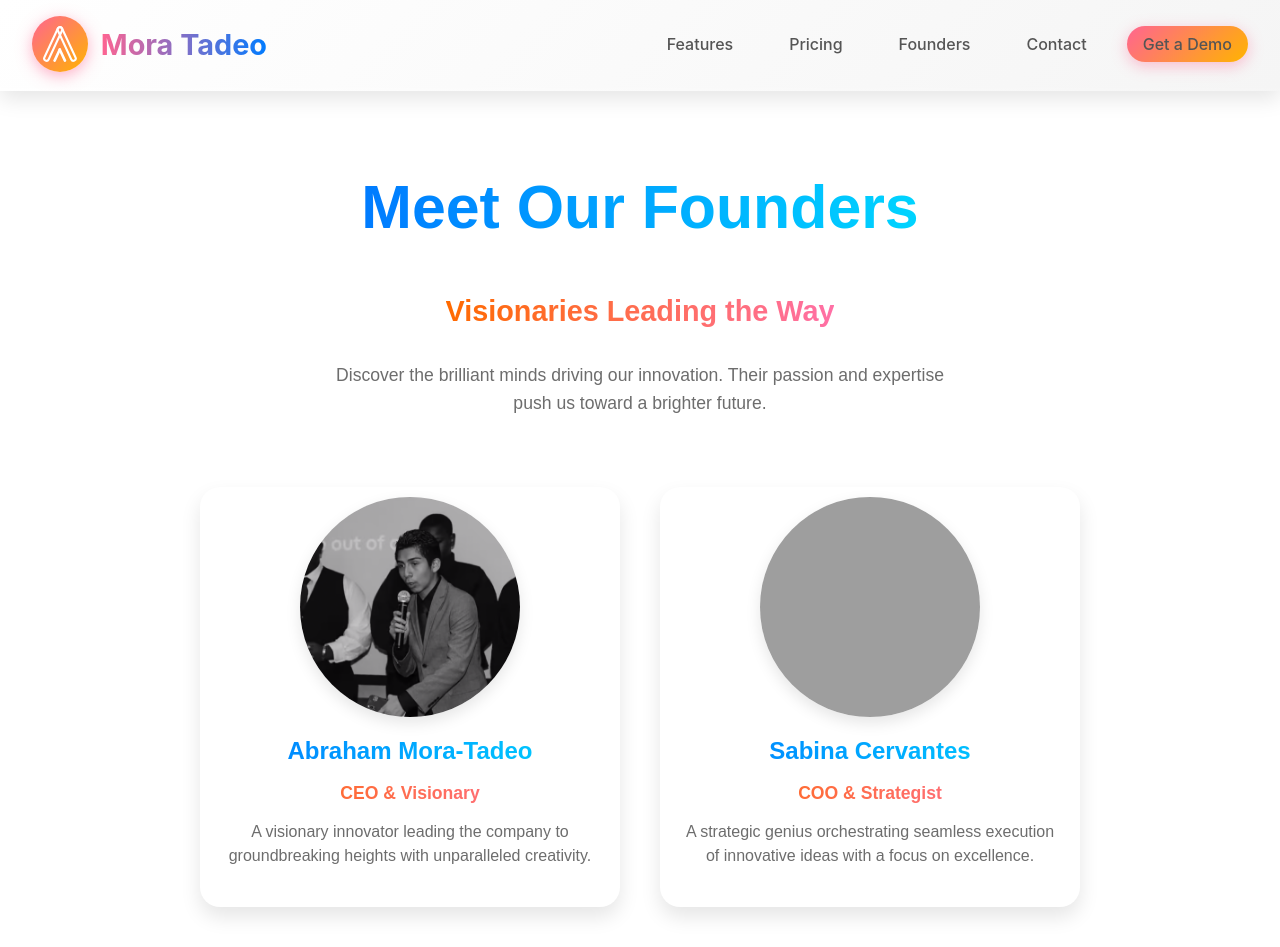
Repository: AbrahamM007/moratadeo
Page: /founders
An editor plug-in stored every save of this project. The page is shown before and after the next save, followed by the edit.
The browser window is 1280 px wide. The pictures show the whole page.
Pictures or frames that could not be fetched are drawn as grey boxes. The project was rebuilt for these pictures with package versions that can differ from the ones it lists, and the page was loaded fresh each time. Also part of the build but not shown: src/HeroSection.css, src/HeroSection.js, src/InfoSection.css, src/InfoSection.js, src/RoadmapSection.css, src/RoadmapSection.js, src/DesignPhaseSection.js, src/HeroBanner.js and 7 more.

Above is the page before, as saved 2025-01-12 22:47:35.

### public/index.html
<!DOCTYPE html>
<html lang="en">
  <head>
    <meta charset="utf-8" />
    <link rel="icon" href="mora.png" />
    <meta name="viewport" content="width=device-width, initial-scale=1" />
    <meta name="theme-color" content="#000000" />

    <link rel="apple-touch-icon" href="mora.png" />
    <link rel="manifest" href="%PUBLIC_URL%/manifest.json" />

    <!-- SEO Meta Tags -->
    <meta name="title" content="Mora Tadeo | Development Firm" />
    <meta name="description" content="Mora Tadeo is a leading development firm offering cutting-edge solutions in web development, app design, and technology innovation to elevate your business." />
    <meta name="keywords" content="development firm, web development, app design, Mora Tadeo, software solutions, technology innovation" />
    <meta name="author" content="Mora Tadeo" />
    <meta name="robots" content="index, follow" />
    <meta name="googlebot" content="index, follow" />

    <!-- Open Graph Meta Tags (for social sharing) -->
    <meta property="og:type" content="website" />
    <meta property="og:url" content="https://moratadeo.com" />
    <meta property="og:title" content="Mora Tadeo | Development Firm" />
    <meta property="og:description" content="Discover innovative web and app development solutions with Mora Tadeo. Your trusted partner in driving technology forward." />
    <meta property="og:image" content="https://moratadeo.com/preview-image.png" />
    <meta property="og:site_name" content="Mora Tadeo" />

    <!-- Twitter Card Meta Tags -->
    <meta name="twitter:card" content="summary_large_image" />
    <meta name="twitter:url" content="https://moratadeo.com" />
    <meta name="twitter:title" content="Mora Tadeo | Development Firm" />
    <meta name="twitter:description" content="Mora Tadeo offers state-of-the-art development services to bring your business ideas to life. Partner with us for tailored solutions." />
    <meta name="twitter:image" content="https://moratadeo.com/preview-image.png" />

    <!-- Additional Metadata -->
    <meta name="msapplication-TileColor" content="#ffffff" />
    <meta name="msapplication-config" content="%PUBLIC_URL%/browserconfig.xml" />

    <!-- Title -->
    <title>Mora Tadeo | Development Firm</title>
  </head>
  <body>
    <noscript>You need to enable JavaScript to run this app.</noscript>
    <div id="root"></div>
  </body>
</html>

### src/App.js
import React from "react";
import { BrowserRouter as Router, Routes, Route } from "react-router-dom";
import Navbar from "./Navbar";
import HeroSection from "./HeroSection";
import InfoSection from "./InfoSection";
import RoadmapSection from "./RoadmapSection";
import DesignPhaseSection from "./DesignPhaseSection";
import HeroBanner from "./HeroBanner";
import Footer from "./Footer";
import PricingPage from "./PricingPage";
import ScrollToTop from "./ScrollToTop"; // Import the ScrollToTop component

// Import both FeaturesPage and FeaturePage from the merged file
import { FeaturesPage, FeaturePage } from "./FeaturesPage";

// Import FoundersPage
import FoundersPage from "./FoundersPage";

function App() {
  return (
    <Router>
      <ScrollToTop /> {/* Ensures scroll resets to top on route change */}
      <div className="App">
        <Navbar />
        <Routes>
          {/* Home Page */}
          <Route
            path="/"
            element={
              <>
                <HeroSection />
                <InfoSection />
                <RoadmapSection />
                {/* <HeroBanner /> */}
                <DesignPhaseSection />
                <Footer />
              </>
            }
          />
          {/* Features List */}
          <Route path="/features" element={<FeaturesPage />} />
          {/* Dynamic Feature Detail Page */}
          <Route path="/features/:featureId" element={<FeaturePage />} />
          {/* Pricing Page */}
          <Route path="/pricing" element={<PricingPage />} />
          {/* Founders Page */}
          <Route path="/founders" element={<FoundersPage />} />
        </Routes>
      </div>
    </Router>
  );
}

export default App;

### src/Navbar.js
import React, { useState, useEffect } from "react";
import { Link } from "react-router-dom";
import "./Navbar.css";
import logo from './mora.svg';


const Navbar = () => {
  const [scrolled, setScrolled] = useState(false);
  const [menuOpen, setMenuOpen] = useState(false);

  useEffect(() => {
    const handleScroll = () => {
      setScrolled(window.scrollY > 50);
    };

    window.addEventListener("scroll", handleScroll);
    return () => {
      window.removeEventListener("scroll", handleScroll);
    };
  }, []);

  const toggleMenu = () => {
    setMenuOpen(!menuOpen);
  };

  return (
    <header className={`navbar ${scrolled ? "scrolled" : ""}`}>
      <Link to="/" className="navbar-logo-link">
        <div className="navbar-logo-container">
          <div className="navbar-logo-icon">
          <img src={logo} alt="Logo" className="navbar-logo-image" />

          </div>
          <span className="navbar-logo-text">Mora Tadeo</span>
        </div>
      </Link>
      <button className="navbar-toggle" onClick={toggleMenu}>
        <span className={`hamburger ${menuOpen ? "open" : ""}`}></span>
      </button>
      <nav className={`navbar-menu ${menuOpen ? "open" : ""}`}>
        <Link to="/features" onClick={toggleMenu}>
          Features
        </Link>
        <Link to="/pricing" onClick={toggleMenu}>
          Pricing
        </Link>
        <Link to="/founders" onClick={toggleMenu}>
          Founders
        </Link>
        <a href="https://calendly.com/mora78606/30min?month=2025-01" onClick={toggleMenu}>
          Contact
        </a>
        <a href="https://calendly.com/mora78606/30min?month=2025-01" className="navbar-highlight" onClick={toggleMenu}>
          Get a Demo
        </a>
      </nav>
    </header>
  );
};

export default Navbar;

### src/ScrollToTop.js
import { useEffect } from "react";
import { useLocation } from "react-router-dom";

const ScrollToTop = () => {
  const { pathname } = useLocation();

  useEffect(() => {
    window.scrollTo(0, 0); // Scroll to the top-left of the page
  }, [pathname]);

  return null; // This component does not render anything
};

export default ScrollToTop;

### src/FoundersPage.js
import React from "react";
import "./FoundersPage.css";

// Import images
import founder1Image from "./abraham.png";
import founder2Image from "./IMG_1554.JPG";

// Data for founders
const founders = [
  {
    name: "Abraham Mora-Tadeo",
    title: "CEO & Visionary",
    bio: "A visionary innovator leading the company to groundbreaking heights with unparalleled creativity.",
    image: founder1Image,
  },
  {
    name: "Sabina Cervantes",
    title: "COO & Strategist",
    bio: "A strategic genius orchestrating seamless execution of innovative ideas with a focus on excellence.",
    image: founder2Image,
  },
];

const FoundersPage = () => {
  return (
    <div className="founders-page">
      {/* Hero Section */}
      <section className="founders-hero">
        <h1 className="founders-hero-title">Meet Our Founders</h1>
        <h2 className="founders-hero-subtitle">Visionaries Leading the Way</h2>
        <p className="hero-paragraph">
          Discover the brilliant minds driving our innovation. Their passion and
          expertise push us toward a brighter future.
        </p>

      </section>

      {/* Founders Section */}
      <div className="founders-container">
        {founders.map((founder, index) => (
          <div className="founder-card" key={index}>
            <div className="founder-image-container">
              <img
                src={founder.image}
                alt={`${founder.name}`}
                className="founder-image"
              />
            </div>
            <h2 className="founder-name">{founder.name}</h2>
            <h3 className="founder-title">{founder.title}</h3>
            <p className="founder-bio">{founder.bio}</p>
          </div>
        ))}
      </div>
    </div>
  );
};

export default FoundersPage;

### src/Navbar.css
/* Navbar Container */
.navbar {
    display: flex;
    justify-content: space-between;
    align-items: center;
    padding: 1rem 2rem;
    background: linear-gradient(135deg, #ffffff, #f5f5f5);
    box-shadow: 0 8px 20px rgba(0, 0, 0, 0.1);
    position: sticky;
    top: 0;
    z-index: 1000; /* Ensures navbar stays on top */
    transition: all 0.3s ease;
    border-bottom: 3px solid transparent;
  }

  /* Navbar on Scroll */
  .navbar.scrolled {
    background: #ffffff; /* Plain white background on scroll */
    box-shadow: 0 8px 25px rgba(0, 0, 0, 0.2);
    border-bottom: 3px solid #ddd; /* Subtle border for scroll effect */
    transform: scale(1.01);
  }

  /* Logo Link */
  .navbar-logo-link {
    display: flex;
    align-items: center;
    text-decoration: none; /* Removes underline */
    cursor: pointer;
  }

  /* Logo Container */
  .navbar-logo-container {
    display: flex;
    align-items: center;
    gap: 0.8rem;
  }

  /* Logo Icon */
  .navbar-logo-icon {
    display: flex;
    align-items: center;
    justify-content: center;
    background: linear-gradient(135deg, #ff6491, #ffb400);
    color: #fff;
    font-size: 2rem;
    font-weight: bold;
    height: 3.5rem;
    width: 3.5rem;
    border-radius: 50%;
    box-shadow: 0 4px 15px rgba(255, 100, 145, 0.5);
    transition: transform 0.3s ease;
  }

  .navbar-logo-icon:hover {
    transform: rotate(360deg) scale(1.1);
  }

  /* Logo Text */
  .navbar-logo-text {
    font-size: 1.8rem;
    font-weight: 700;
    color: #333;
    background: linear-gradient(90deg, #ff6491, #007bff);
    -webkit-background-clip: text;
    -webkit-text-fill-color: transparent;
  }

  /* Logo Hover Effect */
  .navbar-logo-link:hover .navbar-logo-container {
    transform: scale(1.05);
    transition: transform 0.3s ease;
  }

  /* Navbar Menu */
  .navbar-menu {
    display: flex;
    gap: 1.5rem;
    transition: transform 0.3s ease, opacity 0.3s ease;
  }

  /* Menu Links */
  .navbar-menu a {
    font-size: 1rem;
    font-weight: 500;
    text-decoration: none; /* Removes underline */
    color: #555;
    padding: 0.5rem 1rem;
    position: relative;
    transition: all 0.3s ease;
  }

  .navbar-menu a:hover {
    color: #ff6491;
  }

  .navbar-menu a::after {
    content: "";
    position: absolute;
    bottom: -5px;
    left: 0;
    width: 0;
    height: 3px;
    background: linear-gradient(90deg, #ff6491, #ffb400);
    transition: width 0.3s ease;
  }

  .navbar-menu a:hover::after {
    width: 100%;
  }

  /* Highlight Link */
  .navbar-highlight {
    font-weight: bold;
    padding: 0.8rem 1.5rem;
    color: #fff;
    background: linear-gradient(135deg, #ff6491, #ffb400);
    border-radius: 50px;
    box-shadow: 0 4px 15px rgba(255, 100, 145, 0.4);
    transition: transform 0.3s ease, background 0.3s ease;
  }

  .navbar-highlight:hover {
    transform: scale(1.1);
    background: linear-gradient(135deg, #ffb400, #ff6491);
  }

  /* Hamburger Menu */
  .navbar-toggle {
    display: none;
    background: none;
    border: none;
    cursor: pointer;
    padding: 0.5rem;
    z-index: 11;
  }

  .hamburger {
    width: 1.5rem;
    height: 2px;
    background: #333;
    position: relative;
    transition: all 0.3s ease;
  }

  .hamburger::before,
  .hamburger::after {
    content: "";
    width: 1.5rem;
    height: 2px;
    background: #333;
    position: absolute;
    left: 0;
    transition: all 0.3s ease;
  }

  .hamburger::before {
    top: -6px;
  }

  .hamburger::after {
    top: 6px;
  }

  .hamburger.open {
    background: transparent;
  }

  .hamburger.open::before {
    transform: rotate(45deg);
    top: 0;
  }

  .hamburger.open::after {
    transform: rotate(-45deg);
    top: 0;
  }
  .navbar-logo-image {
    height: 2.3rem; /* Adjust size to match your design */
    width: 2.3rem;
    /* border-radius: 50%; Optional: Make it circular */
    object-fit: cover; /* Ensures the image scales correctly */

    transition: transform 0.3s ease;
  }

  .navbar-logo-image:hover {
    transform: scale(1.1); /* Slight zoom on hover */
  }


  /* Responsive Menu */
  @media (max-width: 768px) {
    .navbar-menu {
      flex-direction: column;
      position: absolute;
      top: 100%;
      right: 0;
      background: linear-gradient(135deg, #ffffff, #f5f5f5);
      border-radius: 10px;
      box-shadow: 0 8px 20px rgba(0, 0, 0, 0.1);
      transform: translateY(-200%);
      opacity: 0;
      visibility: hidden;
      transition: transform 0.3s ease, opacity 0.3s ease, visibility 0.3s ease;
    }

    .navbar-menu.open {
      transform: translateY(0%);
      opacity: 1;
      visibility: visible;
    }

    .navbar-menu a {
      padding: 1rem;
      text-align: center;
    }

    .navbar-toggle {
      display: block;
    }
  }

### src/DesignPhaseSection.css


:root {
  --blue-color: #007bff;
  --orange-color: #ffb400;
  --gradient: linear-gradient(90deg, var(--blue-color), var(--orange-color));
  --bg-white: #ffffff;
  --line-color: rgba(0,0,0,0.1);
  --card-shadow: rgba(0, 0, 0, 0.1);
 }






 .single-phase-container {
  position: relative;
  width: 100%;
  height: 100vh;
  overflow: hidden;
 }


 /* Navigation Dots */
 .phase-navigation {
  position: absolute;
  bottom: 20px;
  left: 50%;
  transform: translateX(-50%);
  display: flex;
  gap: 15px;
  z-index: 3;
 }


 .nav-dot {
  width: 20px;
  height: 20px;
  border-radius: 50%;
  background: #fff;
  border: 3px solid var(--gradient);
  cursor: pointer;
  transition: transform 0.3s ease, background 0.3s ease;
 }


 .nav-dot.active {
  transform: scale(1.4);
  background: var(--gradient);
 }


 .nav-dot:hover {
  transform: scale(1.2);
 }


 /* Phase Section and Overlay */
 .phase-section {
  position: relative;
  width: 100vw;
  height: 100vh;

  display: flex;
  align-items: center;
  justify-content: center;
  overflow: hidden;
  transition: background 1s ease-in-out;
 }


 .phase-overlay {
  position: absolute;
  width: 120%;
  height: 120%;
  top: -10%;
  left: -10%;
  background: radial-gradient(circle, rgba(255,255,255,0.2), transparent);
  opacity: 0.5;
  pointer-events: none;
  animation: floatOverlay 20s ease-in-out infinite;
  z-index: 1;
 }


 @keyframes floatOverlay {
  0%, 100% { transform: translate(0, 0) rotate(0deg); }
  50% { transform: translate(20px, 20px) rotate(45deg); }
 }


 /* Phase Content with Shimmering Border */
 .phase-content {
  position: relative;
  z-index: 2;
  max-width: 600px;
  padding: 2rem;
  background: rgba(255,255,255,0.8);
  color: #333;
  border-radius: 15px;
  box-shadow: 0 10px 20px var(--card-shadow);
  text-align: center;
  opacity: 0;
  transform: translateY(20px);
  animation: contentFadeIn 1.5s forwards;
 }


 .phase-content::before {
  content: '';
  position: absolute;
  inset: 0;
  border-radius: inherit;
  background: var(--gradient);
  z-index: -1;
  filter: blur(15px);
  opacity: 0.6;
  transform: scale(1.1);
  animation: pulseBorder 3s ease-in-out infinite;
 }


 @keyframes pulseBorder {
  0%, 100% { filter: blur(15px); }
  50% { filter: blur(25px); }
 }


 @keyframes contentFadeIn {
  to { opacity: 1; transform: translateY(0); }
 }


 /* Icon and Text Styling */
 .icon {
  font-size: 4rem;
  margin-bottom: 1rem;
  background: var(--gradient);
  -webkit-background-clip: text;
  -webkit-text-fill-color: transparent;
  animation: spinIcon 10s linear infinite;
 }


 @keyframes spinIcon {
  from { transform: rotate(0deg); }
  to { transform: rotate(360deg); }
 }


 .phase-content h3 {
  font-size: 2rem;
  margin-bottom: 1rem;
  color: var(--blue-color);
 }


 .phase-content p {
  font-size: 1.2rem;
  line-height: 1.6;
  color: #333;
 }


 /* Unique abstract backgrounds and animations for each phase */
 .phase-0 {
  background: radial-gradient(circle at center, rgba(0,123,255,0.1), var(--bg-white)),
              radial-gradient(circle at bottom right, rgba(255,180,0,0.1), transparent);
  animation: bgAnim0 15s ease-in-out infinite;
 }
 .phase-1 {
  background: radial-gradient(circle at top left, rgba(0,123,255,0.1), transparent),
              radial-gradient(circle at bottom right, rgba(255,180,0,0.1), var(--bg-white));
  animation: bgAnim1 20s ease-in-out infinite;
 }
 .phase-2 {
  background: radial-gradient(circle at top right, rgba(0,123,255,0.1), transparent),
              radial-gradient(circle at bottom left, rgba(255,180,0,0.1), var(--bg-white));
  animation: bgAnim2 25s ease-in-out infinite;
 }
 .phase-3 {
  background: radial-gradient(circle at center, rgba(0,123,255,0.1), transparent),
              radial-gradient(circle at center, rgba(255,180,0,0.1), var(--bg-white));
  animation: bgAnim3 30s ease-in-out infinite;
 }


 @keyframes bgAnim0 {
  0%, 100% { background-position: 0% 0%, 100% 100%; }
  50% { background-position: 100% 0%, 0% 100%; }
 }
 @keyframes bgAnim1 {
  0%, 100% { background-position: 0% 100%, 100% 0%; }
  50% { background-position: 100% 100%, 0% 0%; }
 }
 @keyframes bgAnim2 {
  0%, 100% { background-position: 50% 50%, 50% 50%; }
  50% { background-position: 75% 25%, 25% 75%; }
 }
 @keyframes bgAnim3 {
  0%, 100% { background-position: 0% 0%, 100% 100%; }
  50% { background-position: 100% 0%, 0% 100%; }
 }


 /* Responsive adjustments */
 @media (max-width: 768px) {
  .phase-content { padding: 1.5rem; }
  .icon { font-size: 3.5rem; }
  .phase-content h3 { font-size: 1.8rem; }
  .phase-content p { font-size: 1rem; }
 }

### src/FoundersPage.css
/* General Page Styling */
.founders-page {
    font-family: "Arial", sans-serif;
    background: #ffffff;
    margin: 0;
    padding: 0;
    overflow-x: hidden;
  }

  /* Hero Section */
  .founders-hero {
    display: flex;
    flex-direction: column;
    align-items: center;
    justify-content: center;
    text-align: center;
    padding: 30px 20px;
    gap: 15px;
    position: relative;
  }

  .founders-hero-title {
    font-size: 3.8rem;
    font-weight: bold;
    line-height: 1.2;
    margin-bottom: 10px;
    background: linear-gradient(90deg, #007bff, #00d4ff);
    -webkit-background-clip: text;
    -webkit-text-fill-color: transparent;
  }

  .founders-hero-subtitle {
    font-size: 1.8rem;
    font-weight: bold;
    line-height: 1.3;
    margin-bottom: 15px;
    background: linear-gradient(90deg, #ff6a00, #ff70a6);
    -webkit-background-clip: text;
    -webkit-text-fill-color: transparent;
  }

  .hero-paragraph {
    font-size: 1.1rem;
    max-width: 650px;
    margin: 0 auto;
    color: #6d6d6d;
    line-height: 1.6;
  }

  .hero-button {
    font-size: 1rem;
    padding: 12px 24px;
    margin-top: 20px;
    background: linear-gradient(90deg, #007bff, #00d4ff);
    border: none;
    border-radius: 50px;
    color: #ffffff;
    cursor: pointer;
    transition: transform 0.2s, box-shadow 0.2s;
  }

  .hero-button:hover {
    transform: scale(1.05);
    box-shadow: 0px 10px 20px rgba(0, 0, 0, 0.15);
  }

  /* Founders Section */
  .founders-container {
    display: flex;
    flex-wrap: wrap;
    justify-content: center;
    gap: 40px;
    padding: 40px 20px;
  }

  .founder-card {
    background: #ffffff;
    border-radius: 20px;
    box-shadow: 0px 10px 20px rgba(0, 0, 0, 0.1);
    overflow: hidden;
    transition: transform 0.3s ease, box-shadow 0.3s ease;
    text-align: center;
    width: 400px;
    height: 400px;
    padding: 10px;
  }

  .founder-card:hover {
    transform: translateY(-8px);
    box-shadow: 0px 20px 40px rgba(0, 0, 0, 0.15);
  }

  /* Founder Image Styling */
  .founder-image-container {
    position: relative;
    width: 220px;
    height: 220px;
    overflow: hidden;
    border-radius: 50%;
    box-shadow: 0 6px 15px rgba(0, 0, 0, 0.1);
    margin: 0 auto 20px;
    /* border: 3px solid #00d4ff; Stylish border */
  }

  .founder-image {
    width: 100%;
    height: 100%;
    object-fit: cover; /* Ensure the image fits well inside the circular container */
  }

  /* Text Styling */
  .founder-name {
    font-size: 1.5rem;
    font-weight: bold;
    margin-top: 10px;
    margin-bottom: 5px;
    background: linear-gradient(90deg, #007bff, #00d4ff);
    -webkit-background-clip: text;
    -webkit-text-fill-color: transparent;
  }

  .founder-title {
    font-size: 1.1rem;
    font-weight: bold;
    margin-bottom: 8px;
    background: linear-gradient(90deg, #ff6a00, #ff70a6);
    -webkit-background-clip: text;
    -webkit-text-fill-color: transparent;
  }

  .founder-bio {
    font-size: 1rem;
    line-height: 1.5;
    color: #6d6d6d;
    margin-bottom: 15px;
    padding: 0 10px;
  }

  /* Responsive Design */
  @media (max-width: 768px) {
    .founders-hero-title {
      font-size: 3rem;
    }

    .founders-hero-subtitle {
      font-size: 1.4rem;
    }

    .founder-card {
      width: 90%;
    }
  }

Loaded but not shown: src/index.js (common file); src/index.css (common file); src/reportWebVitals.js (common file)

After the next save:
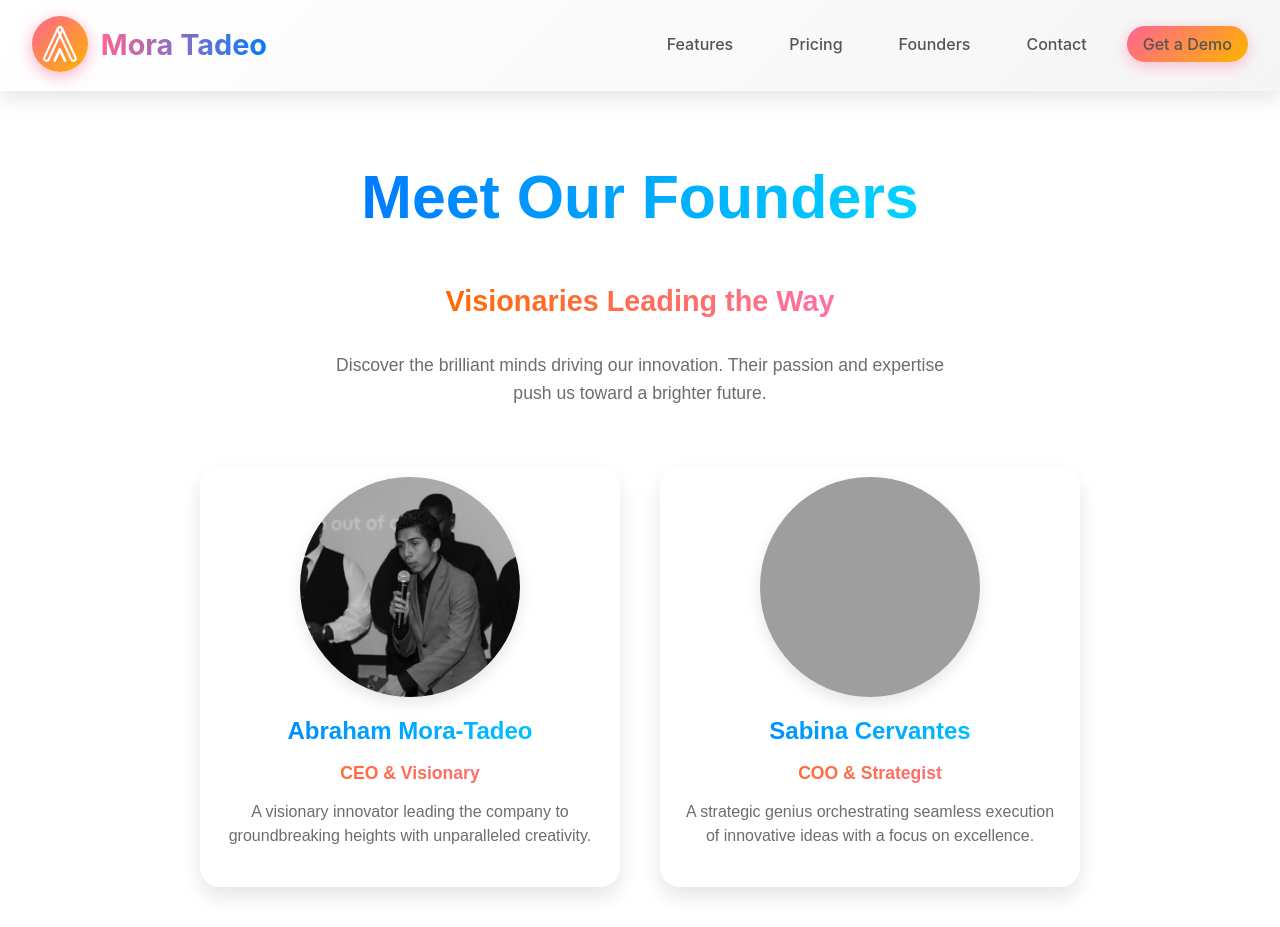
Saved 6 s later.
--- a/src/FoundersPage.css
+++ b/src/FoundersPage.css
@@ -14,7 +14,7 @@
     align-items: center;
     justify-content: center;
     text-align: center;
-    padding: 30px 20px;
+    padding: 20px 20px;
     gap: 15px;
     position: relative;
   }
